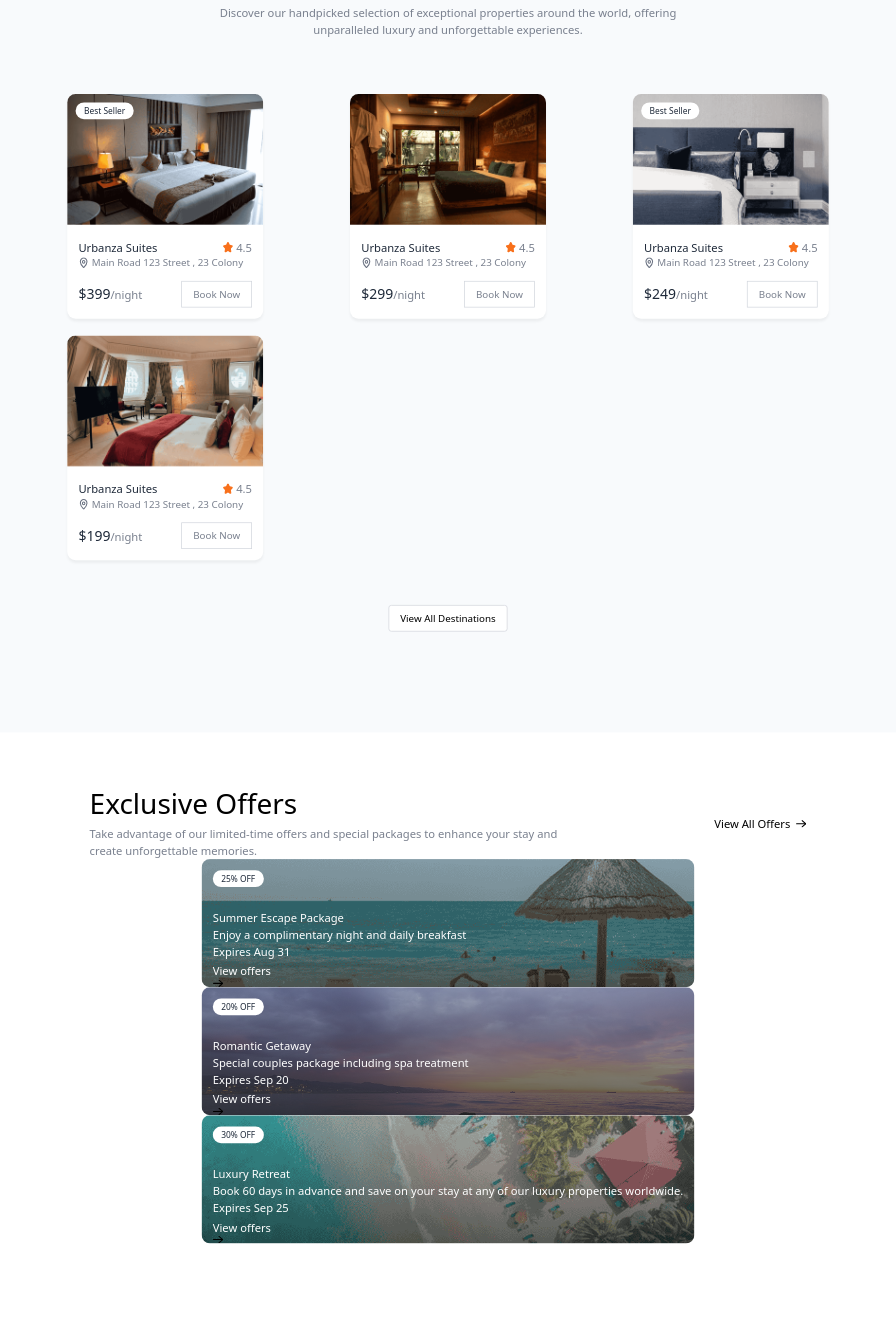
Repository: Ponn-Star/My-App
Page: / (app in FrontEnd/)
The author's editor kept a copy of each file at every save. The page is drawn from the files as they stood at one save, then again after the next save.
The browser window is 1280 px wide. The pictures show the part of the page from y = 846 to 2766 px (the page is 2742 px tall before and 2766 px after), at 70% of full size.
The project was rebuilt for these pictures with package versions that can differ from the ones it lists, and the page was loaded fresh each time. Also part of the build but not shown: FrontEnd/vite.config.js, FrontEnd/src/assets/assets.js.

Above is the page before, as saved 2025-05-08 23:13:55.

### FrontEnd/index.html
<!doctype html>
<html lang="en">
  <head>
    <meta charset="UTF-8" />
    <link rel="icon" type="image/svg+xml" href="/favicon.svg" />
    <meta name="viewport" content="width=device-width, initial-scale=1.0" />
    <title>Booking</title>
  </head>
  <body>
    <div id="root"></div>
    <script type="module" src="/src/main.jsx"></script>
  </body>
</html>

### FrontEnd/src/main.jsx
import { StrictMode } from 'react'
import { createRoot } from 'react-dom/client'
import './index.css'
import App from './App.jsx'
import { BrowserRouter } from 'react-router-dom'

createRoot(document.getElementById('root')).render(
    <BrowserRouter>
      <App />
    </BrowserRouter>
)

### FrontEnd/src/App.jsx
import React from 'react'
import Navbar from './components/Navbar'
import { Route, Routes, useLocation } from 'react-router-dom'
import Home from './pages/Home'

function App() {

  const isOwnerPath = useLocation().pathname.includes("owner");
  return (
    <div>
      {!isOwnerPath && <Navbar />}
      <div className='min-h-[70vh]'>
        <Routes>
          <Route path='/' element={<Home />} />
        </Routes>
      </div>
    </div>
  )
}

export default App

### FrontEnd/src/components/Navbar.jsx
import React from 'react';
import { Link } from 'react-router-dom';
import { assets } from '../assets/assets';

const Navbar = () => {
    const navLinks = [
        { name: 'Home', path: '/' },
        { name: 'Hotels', path: '/rooms' },
        { name: 'Experience', path: '/' },
        { name: 'About', path: '/' },
    ];

    const [isScrolled, setIsScrolled] = React.useState(false);
    const [isMenuOpen, setIsMenuOpen] = React.useState(false);

    React.useEffect(() => {
        const handleScroll = () => {
            setIsScrolled(window.scrollY > 10);
        };
        window.addEventListener("scroll", handleScroll);
        return () => window.removeEventListener("scroll", handleScroll);
    }, []);

    return (
            <nav className={`fixed top-0 left-0 w-full flex items-center justify-between px-4 md:px-16 lg:px-24 xl:px-32 transition-all duration-500 z-50 ${isScrolled ? "bg-white/80 shadow-md text-gray-700 backdrop-blur-lg py-3 md:py-4" : "py-4 md:py-6"}`}>

                {/* Logo */}
                <Link to='/'>
                    <img src={assets.logo} alt="logo" className={`h-9 ${isScrolled && "invert opacity-80"}`} />
                </Link>

                {/* Desktop Nav */}
                <div className="hidden md:flex items-center gap-4 lg:gap-8">
                    {navLinks.map((link, i) => (
                        <a key={i} href={link.path} className={`group flex flex-col gap-0.5 ${isScrolled ? "text-gray-700" : "text-white"}`}>
                            {link.name}
                            <div className={`${isScrolled ? "bg-gray-700" : "bg-white"} h-0.5 w-0 group-hover:w-full transition-all duration-300`} />
                        </a>
                    ))}
                    <button className={`border px-4 py-1 text-sm font-light rounded-full cursor-pointer ${isScrolled ? 'text-black' : 'text-white'} transition-all`}>
                        Dashboard
                    </button>
                </div>

                {/* Desktop Right */}
                <div className="hidden md:flex items-center gap-4">
                    <img src={assets.searchIcon} alt='search' className={`${isScrolled && "invert"} h-7 transition duration-500`} />
                    <button className="bg-black text-white px-8 py-2.5 rounded-full ml-4 transition-all duration-500">
                        Login
                    </button>
                </div>

                {/* Mobile Menu Button */}
                <div className="flex items-center gap-3 md:hidden">
                    <img onClick={()=> setIsMenuOpen(!isMenuOpen)} src={assets.menuIcon} alt='' className={`${isScrolled && "invert"} h-4`} />
                </div>

                {/* Mobile Menu */}
                <div className={`fixed top-0 left-0 w-full h-screen bg-white text-base flex flex-col md:hidden items-center justify-center gap-6 font-medium text-gray-800 transition-all duration-500 ${isMenuOpen ? "translate-x-0" : "-translate-x-full"}`}>
                    <button className="absolute top-4 right-4" onClick={() => setIsMenuOpen(false)}>
                        <img src={assets.closeIcon} alt='close' className="h-6.5" />
                    </button>

                    {navLinks.map((link, i) => (
                        <a key={i} href={link.path} onClick={() => setIsMenuOpen(false)}>
                            {link.name}
                        </a>
                    ))}

                    <button className="border px-4 py-1 text-sm font-light rounded-full cursor-pointer transition-all">
                        Dashboard
                    </button>

                    <button className="bg-black text-white px-8 py-2.5 rounded-full transition-all duration-500">
                        Login
                    </button>
                </div>
            </nav>
    );
}

export default Navbar

### FrontEnd/src/pages/Home.jsx
import React from 'react'
import Hero from '../components/Hero'
import FeaturedDestination from '../components/FeaturedDestination'
import ExclusiveOffers from '../components/ExclusiveOffers'

const Home = () => {
  return (
    <>
      <Hero />
      <FeaturedDestination />
      <ExclusiveOffers />
    </>
  )
}

export default Home

### FrontEnd/src/components/Hero.jsx
import React from 'react'
import { cities } from '../assets/assets'

const Hero = () => {
  return (
    <div className='flex flex-col items-start justify-center px-6 md:px-16 lg:px-24 xl:px-32 text-white bg-[url("/src/assets/heroImage.png")] bg-no-repeat bg-cover bg-center h-screen'>
      <p className="bg-[#49B9FF]/50 px-3.5 py-1 rounded-full mt-20">The Premium Glamping</p>
      <h1 className="font-playfair text-2x1 md:text-5x1 md:text-[50px] md:leading-[56px] font-bold md:font-extrabold max-w-xl mt-4">CỰC CHILL CẮM TRẠI BBQ TRƯỚC LỀU!</h1>
      <p className="max-w-170 mt-2 text-sm md:text-base">Giữa rừng thông lặng lẽ, 𝐅𝐨𝐫𝐞𝐬𝐭 𝐒𝐜𝐞𝐧𝐭 𝐆𝐥𝐚𝐦𝐩𝐢𝐧𝐠 & 𝐂𝐚𝐦𝐩𝐢𝐧𝐠 không ồn ào, không vội vã, không deadline. Chỉ cần xách balo lên và để 𝐅𝐨𝐫𝐞𝐬𝐭 𝐒𝐜𝐞𝐧𝐭 lo. Mọi thứ đã sẵn sàng để bạn “nghỉ ngơi” đúng nghĩa</p>

      <form className='bg-white text-gray-500 rounded-lg px-6 py-4 flex flex-col md:flex-row max-md:items-start gap-4 max-md:mx-auto mt-10'>

            <div>
                <div className='flex items-center gap-2'>
                    <svg className="w-4 h-4 text-gray-800" aria-hidden="true" xmlns="http://www.w3.org/2000/svg" width="24" height="24" fill="none" viewBox="0 0 24 24" >
                        <path stroke="currentColor" strokeLinecap="round" strokeLinejoin="round" strokeWidth="2" d="M4 10h16M8 14h8m-4-7V4M7 7V4m10 3V4M5 20h14a1 1 0 0 0 1-1V7a1 1 0 0 0-1-1H5a1 1 0 0 0-1 1v12a1 1 0 0 0 1 1Z" />
                    </svg>
                    <label htmlFor="destinationInput">Destination</label>
                </div>
                <input list='destinations' id="destinationInput" type="text" className=" rounded border border-gray-200 px-3 py-1.5 mt-1.5 text-sm outline-none" placeholder="Type here" required />
                <datalist id='destinations'>
                  {cities.map((city, index) => (
                    <option value={index} key={city}/>
                  ))}
                  /</datalist>
            </div>

            <div>
                <div className='flex items-center gap-2'>
                    <svg className="w-4 h-4 text-gray-800" aria-hidden="true" xmlns="http://www.w3.org/2000/svg" width="24" height="24" fill="none" viewBox="0 0 24 24" >
                        <path stroke="currentColor" strokeLinecap="round" strokeLinejoin="round" strokeWidth="2" d="M4 10h16M8 14h8m-4-7V4M7 7V4m10 3V4M5 20h14a1 1 0 0 0 1-1V7a1 1 0 0 0-1-1H5a1 1 0 0 0-1 1v12a1 1 0 0 0 1 1Z" />
                    </svg>
                    <label htmlFor="checkIn">Check in</label>
                </div>
                <input id="checkIn" type="date" className=" rounded border border-gray-200 px-3 py-1.5 mt-1.5 text-sm outline-none" />
            </div>

            <div>
                <div className='flex items-center gap-2'>
                    <svg className="w-4 h-4 text-gray-800" aria-hidden="true" xmlns="http://www.w3.org/2000/svg" width="24" height="24" fill="none" viewBox="0 0 24 24" >
                        <path stroke="currentColor" strokeLinecap="round" strokeLinejoin="round" strokeWidth="2" d="M4 10h16M8 14h8m-4-7V4M7 7V4m10 3V4M5 20h14a1 1 0 0 0 1-1V7a1 1 0 0 0-1-1H5a1 1 0 0 0-1 1v12a1 1 0 0 0 1 1Z" />
                    </svg>
                    <label htmlFor="checkOut">Check out</label>
                </div>
                <input id="checkOut" type="date" className=" rounded border border-gray-200 px-3 py-1.5 mt-1.5 text-sm outline-none" />
            </div>

            <div className='flex md:flex-col max-md:gap-2 max-md:items-center'>
                <label htmlFor="guests">Guests</label>
                <input min={1} max={4} id="guests" type="number" className=" rounded border border-gray-200 px-3 py-1.5 mt-1.5 text-sm outline-none  max-w-16" placeholder="0" />
            </div>

            <button className='flex items-center justify-center gap-1 rounded-md bg-black py-3 px-4 text-white my-auto cursor-pointer max-md:w-full max-md:py-1' >
                <svg className="w-4 h-4 text-white" aria-hidden="true" xmlns="http://www.w3.org/2000/svg" width="24" height="24" fill="none" viewBox="0 0 24 24" >
                    <path stroke="currentColor" strokeLinecap="round" strokeWidth="2" d="m21 21-3.5-3.5M17 10a7 7 0 1 1-14 0 7 7 0 0 1 14 0Z" />
                </svg>
                <span>Search</span>
            </button>
        </form>
    </div>
  )
}

export default Hero

### FrontEnd/src/components/FeaturedDestination.jsx
import React from 'react'
import HotelCard from './HotelCard'
import { roomsDummyData } from '../assets/assets'
import Title from './Title'
import { useNavigate } from 'react-router-dom'

const FeaturedDestination = () => {

  const navigate = useNavigate()

  return (
    <div className='flex flex-col items-center px-6 md:px-16 lg:px-24 bg-slate-50 py-20'>

        <Title title='Featured Destination' subTitle='Discover our handpicked selection of exceptional properties around the world, offering unparalleled luxury and unforgettable experiences.' />

        <div className='flex flex-wrap items-center justify-between gap-6 mt-20'>
        {roomsDummyData.slice(0, 4).map((room, index) => (
            <HotelCard key={room._id} room={room} index={index} />
        ))}
        </div>

        <button onClick={() => { navigate('/rooms'); scrollTo(0, 0); }}
        className="my-16 px-4 py-2 text-sm font-medium border border-gray-300 rounded bg-white hover:bg-gray-50 transition-all cursor-pointer">
          View All Destinations
        </button>
    </div>
  )
}

export default FeaturedDestination

### FrontEnd/src/components/ExclusiveOffers.jsx
import React from 'react'
import Title from './Title'
import { assets, exclusiveOffers } from '../assets/assets'

const ExclusiveOffers = () => {
  return (
    <div className='flex flex-col items-center px-6 md:px-16 lg:px-24 xl:px-32 pt-20 pb-30'>
      <div className='flex flex-col md:flex-row items-center justify-between w-full'>
        <Title align='left' title='Exclusive Offers' subTitle='Take advantage of our limited-time offers and special packages to enhance your stay and create unforgettable memories.'/>
        <button className='group flex items-center gap-2 font-medium cursor-pointer max-md:mt-12'>
            View All Offers
            <img src={assets.arrowIcon} alt="arrow-icon"
            className='group-hover:translate-x-1 transition-all'/>
        </button>
      </div>

      <div>
        {exclusiveOffers.map((item) => (
            <div key={item._id} className='group relative flex flex-col items-start justify-between gap-1 pt-12 md:pt-18 px-4 rounded-xl text-white bg-no-repeat bg-cover bg-center'
            style={{ backgroundImage: `url(${item.image})` }}>
                <p className='px-3 py-1 absolute top-4 left-4 text-xs bg-white text-gray-800 font-medium rounded-full'>{item.priceOff}% OFF</p>
                <div>
                    <p>{item.title}</p>
                    <p>{item.description}</p>
                    <p>Expires {item.expiryDate}</p>
                </div>
                <button>
                    View offers
                    <img src={assets.arrowIcon} alt="" />
                </button>
            </div>
        ))}
      </div>
    </div>
  )
}

export default ExclusiveOffers

### FrontEnd/src/components/HotelCard.jsx
import React from 'react'
import { Link } from 'react-router-dom'
import { assets } from '../assets/assets'

const HotelCard = ({room, index}) => {
  return (
      <Link to={'/room/' + room._id} onClick={()=> scrollTo(0,0)} key={room._id} className='relative max-w-70 w-full rounded-xl overflow-hidden bg-white text-gray-500/90 shadow-[0px_4px_4px_rgba(0,0,0,0.05)]'>
          <img src={room.images[0]} alt=""/>

          {index % 2 === 0 && <p className='px-3 py-1 absolute top-3 left-3 text-xs bg-white text-gray-800 font-medium rounded-full'>Best Seller </p>}

          <div className='p-4 pt-5'>
            <div className='flex items-center justify-between'>
                <p className='font-playfair text-x1 font-medium text-gray-800'>{room.hotel.name}</p>
                <div className='flex items-center gap-1'>
                    <img src={assets.starIconFilled} alt="star-icon" /> 4.5
                </div>
            </div>
                <div className='flex items-center gap-1 text-sm'>
                    <img src={assets.locationIcon} alt="location-icon" />
                    <span>{room.hotel.address}</span>
                </div>
                <div className='flex items-center justify-between mt-4'>
                    <p><span className='text-xl text-gray-800'>${room.pricePerNight}</span>/night</p>
                    <button className='px-4 py-2 text-sm font-medium border border-gray-300 rounded:bg-gray-50 transition-all cursor-pointer'>Book Now</button>
                </div>
          </div>
      </Link>
  )
}

export default HotelCard

### FrontEnd/src/components/Title.jsx
import React from 'react'

const Title = ({title, subTitle, align, font}) => {
    return (
        <div className={`flex flex-col justify-center items-center text-center ${align === "left" && "md:items-start md:text-left"}`}>
          <h1 className={`text-4xl md:text-[40px] ${font || "font-playfair"}`}>{title}</h1>
          <p className="text-sm md:text-base text-gray-500/90 mt-2 max-w-174">{subTitle}</p>
        </div>
  )
}

export default Title

Loaded but not shown: FrontEnd/src/index.css (common file)

After the next save:
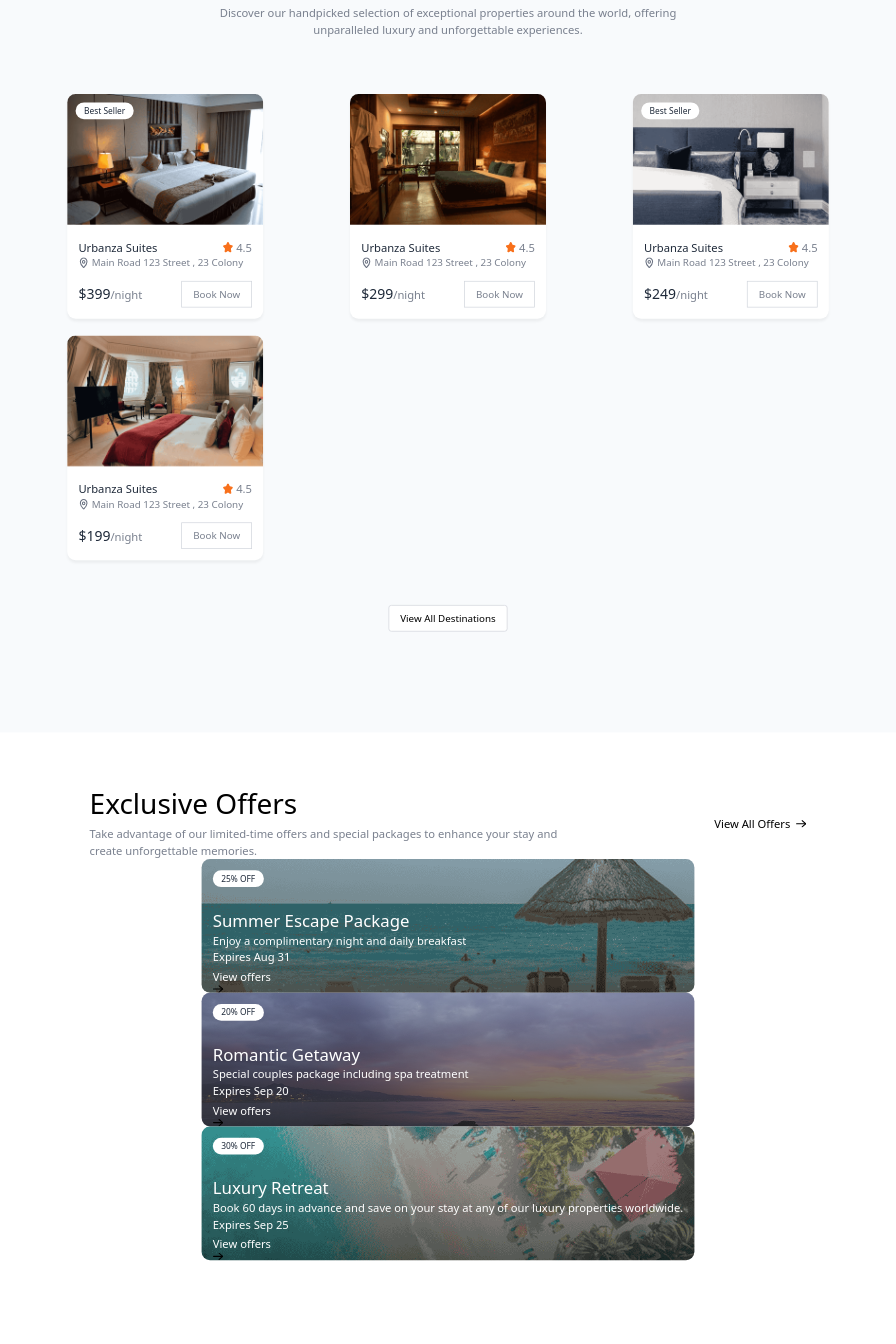
Saved 25 s later.
--- a/FrontEnd/src/components/ExclusiveOffers.jsx
+++ b/FrontEnd/src/components/ExclusiveOffers.jsx
@@ -20,7 +20,7 @@ const ExclusiveOffers = () => {
             style={{ backgroundImage: `url(${item.image})` }}>
                 <p className='px-3 py-1 absolute top-4 left-4 text-xs bg-white text-gray-800 font-medium rounded-full'>{item.priceOff}% OFF</p>
                 <div>
-                    <p>{item.title}</p>
+                    <p className='text-2xl font-medium font-playfair'>{item.title}</p>
                     <p>{item.description}</p>
                     <p>Expires {item.expiryDate}</p>
                 </div>
